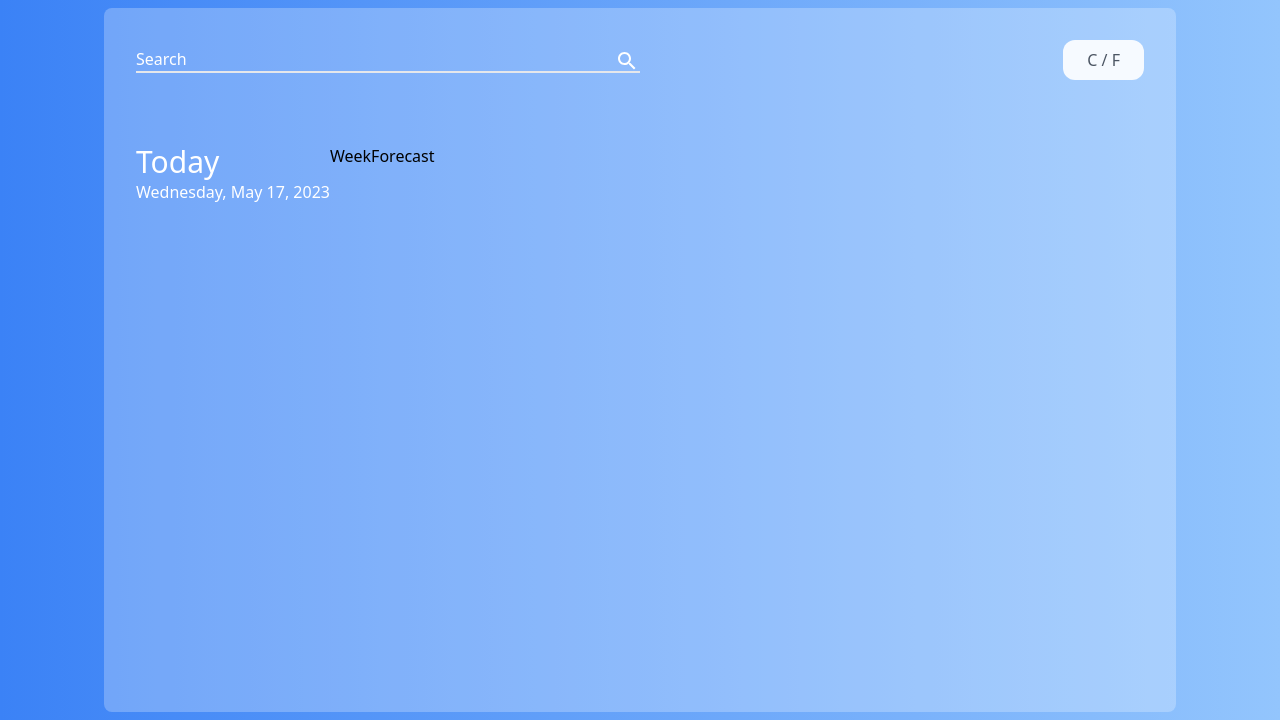
Repository: DevAntonioRogers/react-weatherapp-v2
Page: /
These files come from the project's save history. The page is drawn as it stood at one moment and after the next save; the edit follows.
The browser window is 1280 px wide. The pictures show the whole page.
The project was rebuilt for these pictures with package versions that can differ from the ones it lists, and the page was loaded fresh each time. The framework's server and built-in components were replaced by stand-ins that run in the browser. Also part of the build but not shown: next.config.js.

Above is the page before, as saved 2023-05-20 00:11:52.

### app/layout.tsx
import "./globals.css";
import { Inter } from "next/font/google";

export const metadata = {
  title: "Create Next App",
  description: "Generated by create next app",
};

export default function RootLayout({ children }: { children: React.ReactNode }) {
  return (
    <html lang="en">
      <body>{children}</body>
    </html>
  );
}

### app/page.tsx
"use client";

import Conversion from "./components/Conversion";
import Current from "./components/Current";
import Input from "./components/Input";

import { useState } from "react";
import WeekForecast from "./components/WeekForecast";

export default function Home() {
  const [data, setData] = useState({});
  const [location, setLocation] = useState("");
  const [error, setError] = useState("");

  const url = `http://api.weatherapi.com/v1/forecast.json?key=538023bd3c43455084733202231905&q=${location}&days=7&aqi=yes&alerts=yes
  `;

  const handleSearch = async (e) => {
    if (e.key === "Enter") {
      e.preventDefault();
      try {
        const response = await fetch(url);
        if (!response.ok) {
          throw new Error();
        }
        const data = await response.json();
        setData(data);
        setLocation("");
        setError("");
      } catch (error) {
        setError("City not found");
        setData({});
      }
    }
  };

  return (
    <div className="flex justify-center p-2 bg-cover h-screen bg-gradient-to-r from-blue-500 to-blue-300">
      <div className="bg-white/25 mx-24 w-full rounded-lg flex flex-col">
        {/* SEARCH AND DEGREE CONVERSION */}
        <div className="flex justify-between items-center p-8">
          <Input handleSearch={handleSearch} location={location} setLocation={setLocation} />
          <Conversion />
        </div>

        {/* CURRENT WEATHER SECTION */}
        <div className="flex p-8">
          <Current data={data} />
          <WeekForecast data={data} />
        </div>
      </div>
    </div>
  );
}

### app/components/Conversion.tsx
import React from "react";

const Conversion = () => {
  return (
    <div className="">
      <button className="rounded-xl bg-white/90 px-6 py-2 text-gray-600">C / F</button>
    </div>
  );
};

export default Conversion;

### app/components/Current.tsx
import { getCurrentDate } from "../utils/currentDate";
import LocationOnIcon from "@mui/icons-material/LocationOn";

const Current = ({ data }) => {
  const weatherIcon = data.current ? data.current.condition.icon : null;
  const currentDate = getCurrentDate();
  return (
    <div className="flex flex-col items-start gap-2 ">
      <div className="flex items-center">
        <div className="">
          <h1 className="text-3xl text-white">Today</h1>
          <p className="text-white">{currentDate}</p>
        </div>
        {weatherIcon && (
          <div>
            <img className="w-[50px] object-cover" src={weatherIcon} alt="Weather Icon" />
          </div>
        )}
      </div>
      <div>
        {data.current ? (
          <p className="text-5xl text-white">
            {data.current.temp_f.toFixed()}
            <span>°</span>
          </p>
        ) : null}
        {data.current ? <span className="text-white">{data.current.condition.text}</span> : null}
      </div>
      <div>
        {data.location ? (
          <div className="flex items-center text-black bg-white/90 px-2 py-2 rounded-xl">
            <LocationOnIcon />
            <span>
              {data.location.name}, {data.location.region}
            </span>
          </div>
        ) : null}
      </div>
    </div>
  );
};

export default Current;

### app/components/Input.tsx
"use client";

import SearchIcon from "@mui/icons-material/Search";

const Input = ({ handleSearch, setLocation, location }) => {
  return (
    <form className="flex items-center w-2/4">
      <input
        type="text"
        className="w-full bg-transparent border-b-2 placeholder-white outline-none text-white"
        placeholder="Search"
        onKeyDown={handleSearch}
        onChange={(e) => setLocation(e.target.value)}
      />
      <div className="ml-[-25px] text-white cursor-pointer">
        <SearchIcon />
      </div>
    </form>
  );
};

export default Input;

### app/components/WeekForecast.tsx
const WeekForecast = ({ data }) => {
  return <div>WeekForecast</div>;
};

export default WeekForecast;

### app/utils/currentDate.tsx
export const getCurrentDate = () => {
  const currentDate = new Date().toLocaleDateString("en-US", {
    weekday: "long",
    year: "numeric",
    month: "long",
    day: "numeric",
  });
  return currentDate;
};

Loaded but not shown: app/globals.css (common file); tailwind.config.js (common file)

After the next save:
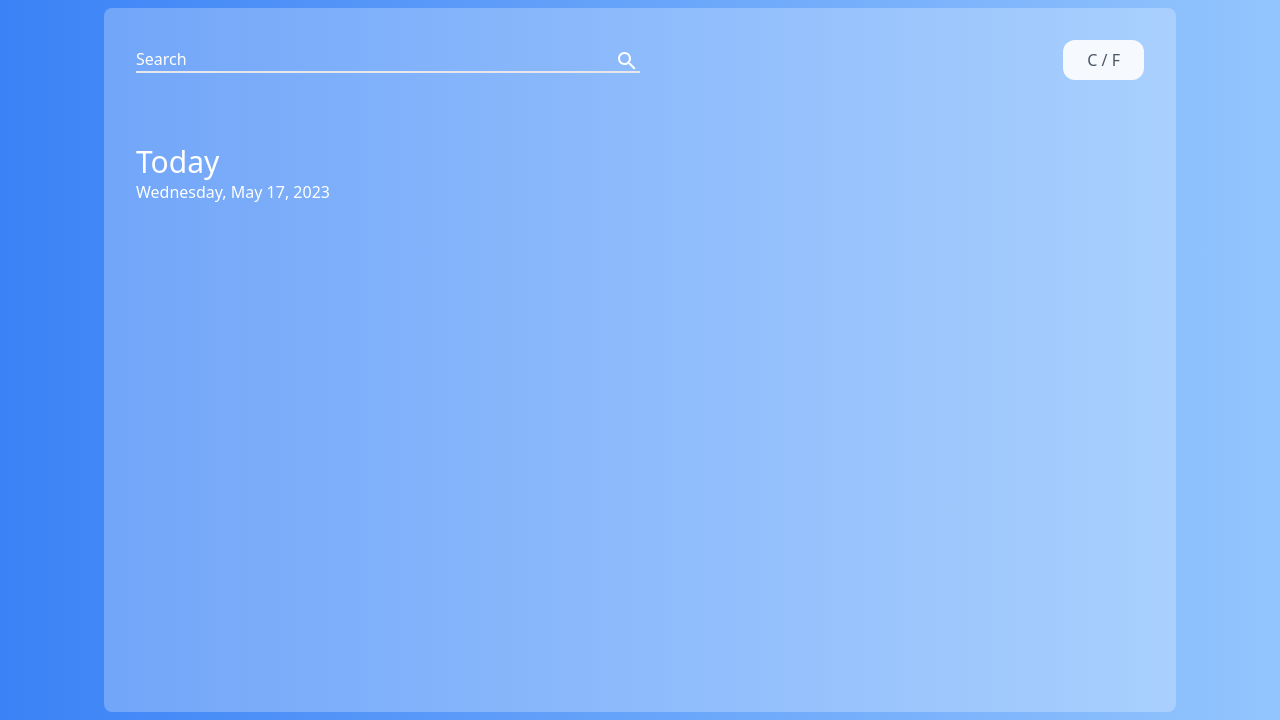
Saved 5 s later.
--- a/app/components/WeekForecast.tsx
+++ b/app/components/WeekForecast.tsx
@@ -1,5 +1,5 @@
 const WeekForecast = ({ data }) => {
-  return <div>WeekForecast</div>;
+  return;
 };
 
 export default WeekForecast;
